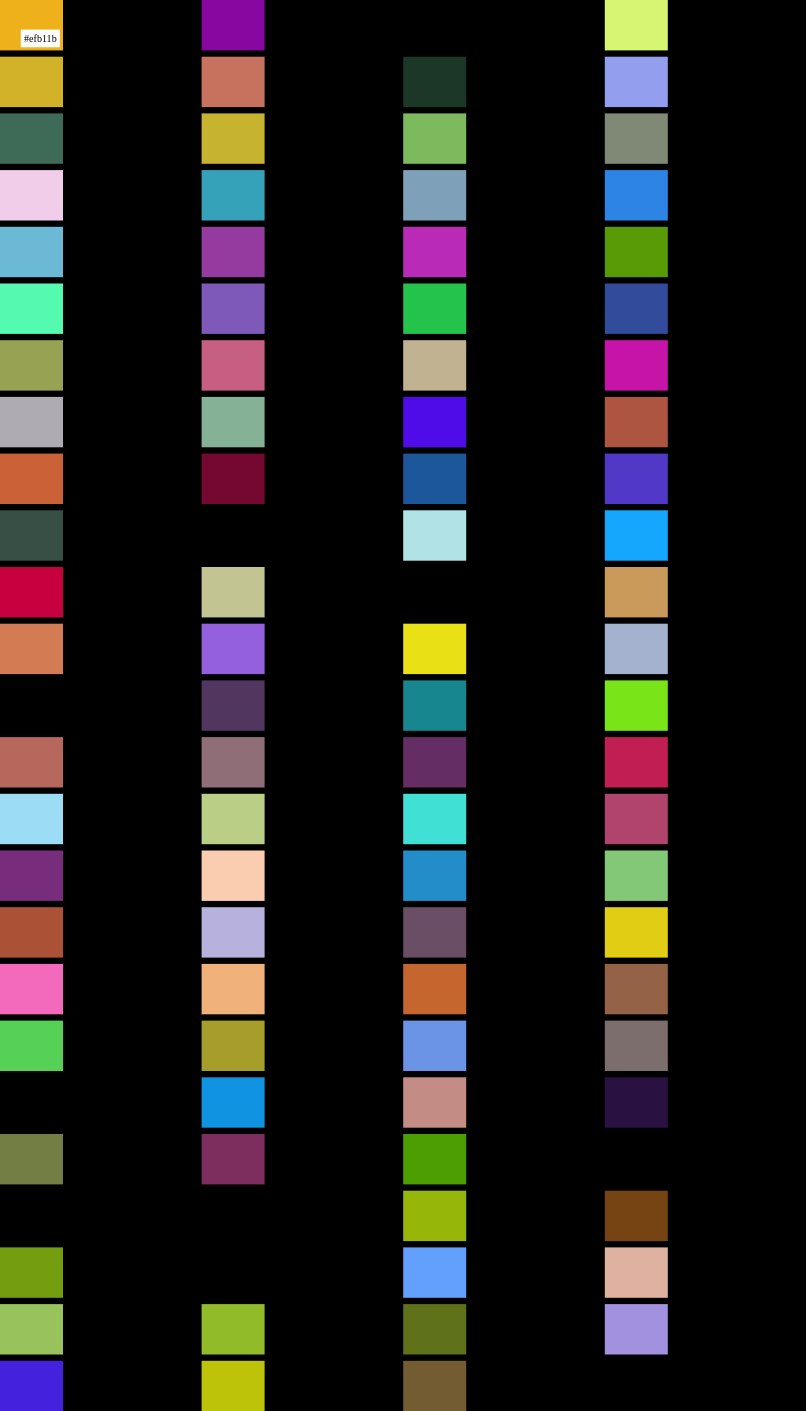
Repository: Modelc/ColorCodes
Page: index.html
The author's editor kept a copy of each file at every save. The page is drawn from the files as they stood at one save, then again after the next save.
The browser window is 1280 px wide. The pictures show the whole page, at 63% of full size.

Above is the page before, as saved 2022-12-06 10:05:54.

After the next save:
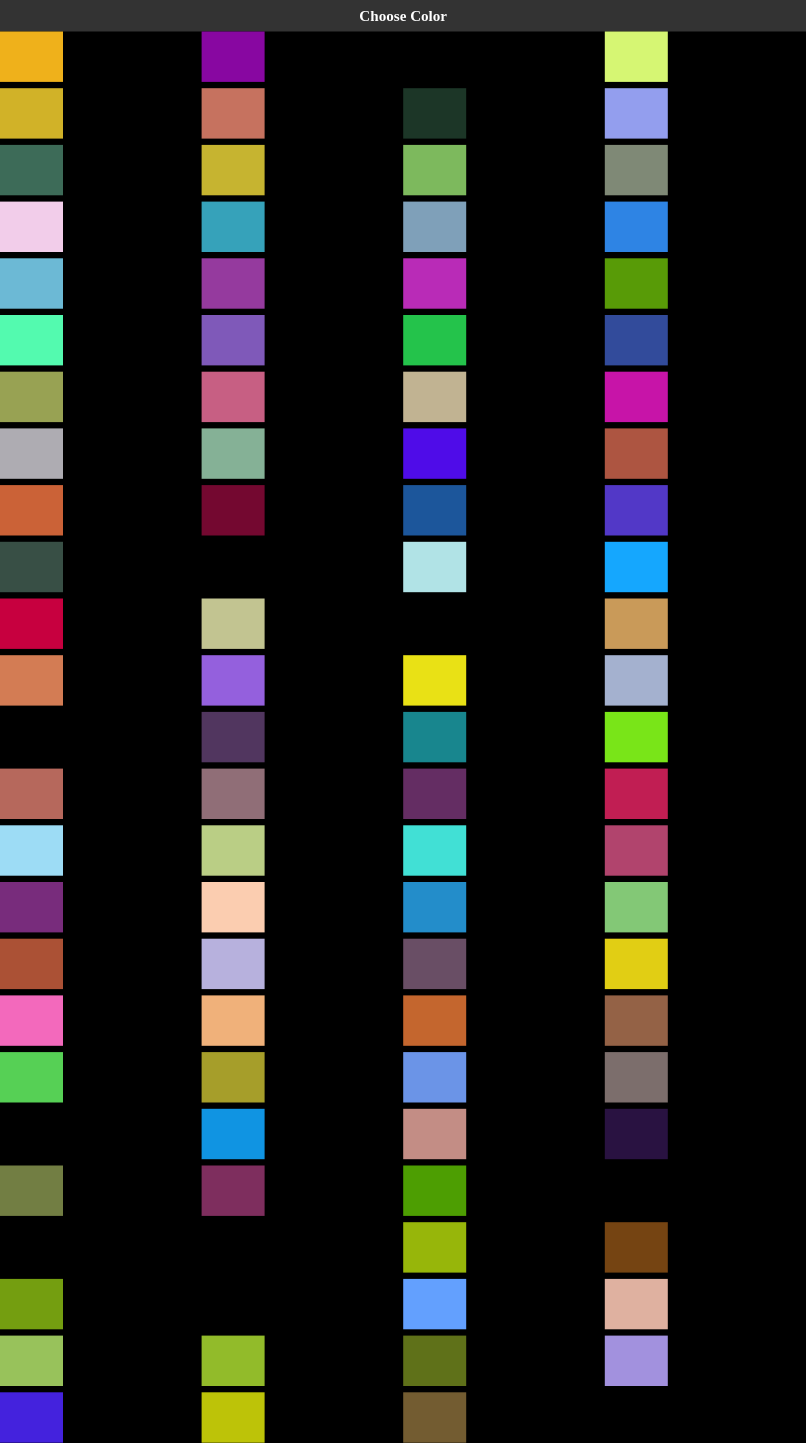
Saved 3 min 54 s later.
--- a/index.html
+++ b/index.html
@@ -6,6 +6,15 @@
       body {
         margin: 0;
         background-color: black;
+      }
+
+      nav {
+        display: flex;
+        justify-content: center;
+        align-items: center;
+        height: 50px;
+        background-color: #333;
+        color: white;
       }
 
       #color-container {
@@ -20,6 +29,9 @@
         cursor: pointer;
         width: 100px;
         height: 80px;
+        display: flex;
+        justify-content: center;
+        align-items: center;
       }
 
       .color-box:hover {
@@ -37,6 +49,9 @@
     </style>
   </head>
   <body>
+    <nav>
+      <h1>Choose Color</h1>
+    </nav>
     <div id="color-container"></div>
     <script>
       const colorContainer = document.getElementById("color-container");
